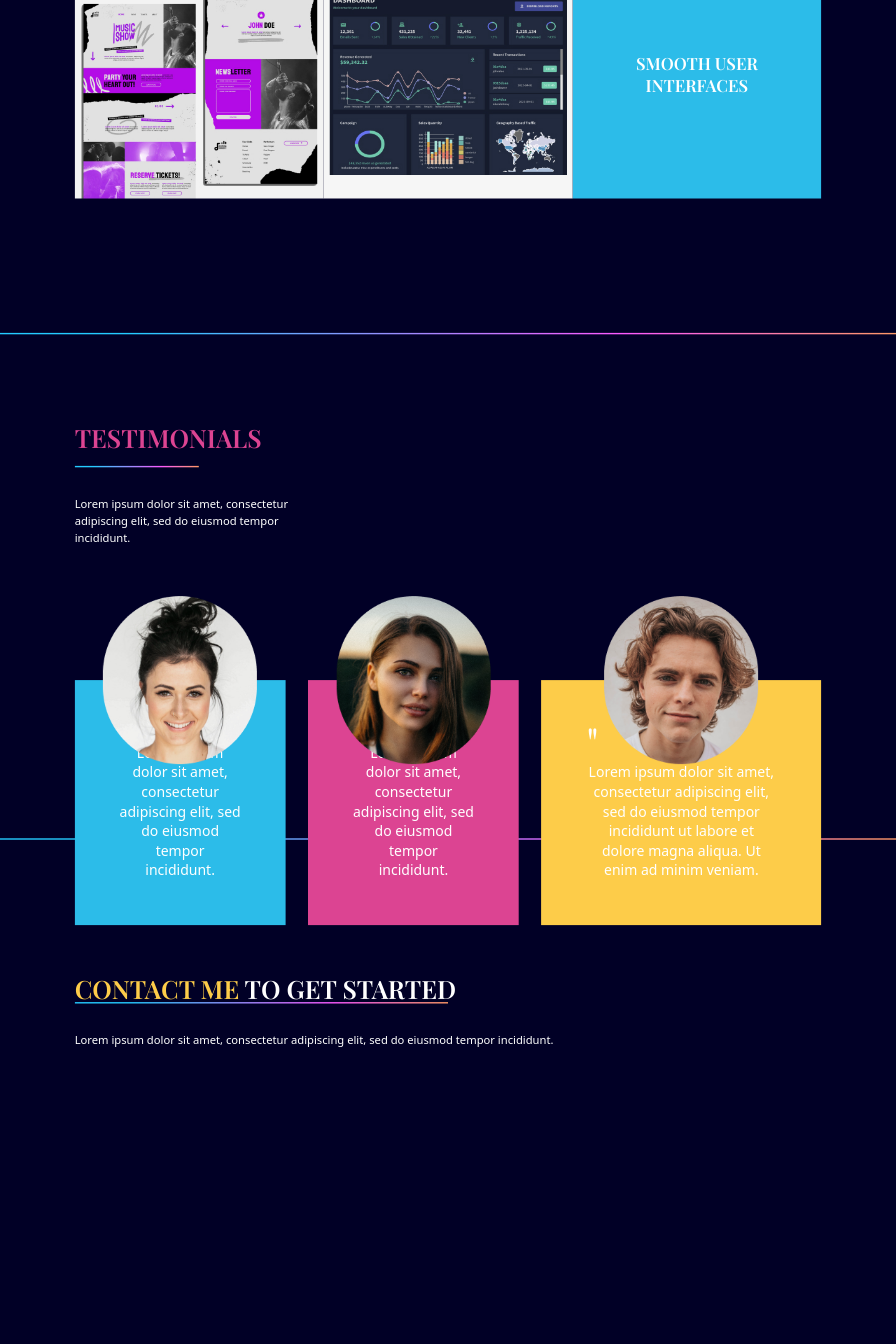
Repository: thibaultNicolas/portfolio-react
Page: /
An editor plug-in stored every save of this project. The page is shown before and after the next save, followed by the edit.
The browser window is 1280 px wide. The pictures show the part of the page from y = 2761 to 4681 px (the page is 4681 px tall), at 70% of full size.
The project was rebuilt for these pictures with package versions that can differ from the ones it lists, and the page was loaded fresh each time. Also part of the build but not shown: next.config.ts.

Above is the page before, as saved 2023-01-08 12:25:07.

### public/index.html
<!DOCTYPE html>
<html lang="en">

<head>
  <meta charset="utf-8" />
  <link rel="icon" href="%PUBLIC_URL%/favicon.ico" />
  <meta name="viewport" content="width=device-width, initial-scale=1" />
  <meta name="theme-color" content="#000000" />
  <meta name="description" content="Web site created using create-react-app" />
  <link rel="apple-touch-icon" href="%PUBLIC_URL%/logo192.png" />
  <!--
      manifest.json provides metadata used when your web app is installed on a
      user's mobile device or desktop. See https://developers.google.com/web/fundamentals/web-app-manifest/
    -->
  <link rel="manifest" href="%PUBLIC_URL%/manifest.json" />
  <!--
      Notice the use of %PUBLIC_URL% in the tags above.
      It will be replaced with the URL of the `public` folder during the build.
      Only files inside the `public` folder can be referenced from the HTML.

      Unlike "/favicon.ico" or "favicon.ico", "%PUBLIC_URL%/favicon.ico" will
      work correctly both with client-side routing and a non-root public URL.
      Learn how to configure a non-root public URL by running `npm run build`.
    -->
  <title>React App</title>
  <link href="/public/output.css" rel="stylesheet">
</head>

<body>
  <noscript>You need to enable JavaScript to run this app.</noscript>
  <div id="root"></div>
  <!--
      This HTML file is a template.
      If you open it directly in the browser, you will see an empty page.

      You can add webfonts, meta tags, or analytics to this file.
      The build step will place the bundled scripts into the <body> tag.

      To begin the development, run `npm start` or `yarn start`.
      To create a production bundle, use `npm run build` or `yarn build`.
    -->
</body>

</html>

### src/index.css
@import url('https://fonts.googleapis.com/css2?family=Open+Sans:wght@400;600&family=Playfair+Display:wght@400;600&display=swap');

@tailwind base;
@tailwind components;
@tailwind utilities;

html,
body,
#root,
.app{
    height: 100%;
    background-color: #010026;
    @apply text-white;
}

### src/scenes/Navbar.jsx
import { useState } from 'react';
import AnchorLink from 'react-anchor-link-smooth-scroll';
import useMediaQuery from '../hooks/useMediaQuery';

const Link = ({ page, selectedPage, setSelectedPage }) => {
    const lowerCasePage = page.toLowerCase();
    return (
        <AnchorLink
            className={`${selectedPage === lowerCasePage ? 'text-yellow' : ''}
            hover:text-yellow transition duration-500`}
            href={`#${lowerCasePage}`}
            onClick={() => setSelectedPage(lowerCasePage)}
        >
            {page}
        </AnchorLink>
    );
};

const Navbar = ({ isTopOfPage, selectedPage, setSelectedPage }) => {
    const [isMenuToggled, setIsMenuToggled] = useState(false);
    const isAboveSmallScreens = useMediaQuery('(min-width:768px)');
    const navbarBackground = isTopOfPage ? "" : "bg-red";

    return (
        <nav className={`${navbarBackground} z-40 w-full fixed top-0 py-6`}>
            <div className="flex items-center justify-between mx-auto w-5/6">
                <h4 className="font-playfair text-3xl font-bold">NT</h4>

                {/* DESKTOP NAV */}
                {isAboveSmallScreens ? (
                    <div className="flex justify-between gap-16 font-openSans txt-sm font-semibold">
                        <Link
                            page="Home"
                            selectedPage={selectedPage}
                            setSelectedPage={setSelectedPage}
                        />
                        <Link
                            page="Skills"
                            selectedPage={selectedPage}
                            setSelectedPage={setSelectedPage}
                        />
                        <Link
                            page="Projects"
                            selectedPage={selectedPage}
                            setSelectedPage={setSelectedPage}
                        />
                        <Link
                            page="Testimonials"
                            selectedPage={selectedPage}
                            setSelectedPage={setSelectedPage}
                        />
                        <Link
                            page="Contact"
                            selectedPage={selectedPage}
                            setSelectedPage={setSelectedPage}
                        />
                    </div>
                ) : (
                    <button
                        className="rounded-full bg-red p-2"
                        onClick={() => setIsMenuToggled(!isMenuToggled)}
                    >
                        <img src="../assets/menu-icon.svg" alt="menu-icon" />
                    </button>
                )}

                {/* MOBILE MENU POPUP */}
                {!isAboveSmallScreens && isMenuToggled && (
                    <div className="fixed right-0 bottom-0 h-full bg-blue w-[300px]">
                        {/* CLOSE ICON */}
                        <div className="flex justify-end p-12">
                            <button
                                onClick={() => setIsMenuToggled(!isMenuToggled)}
                            >
                                <img
                                    src="../assets/close-icon.svg"
                                    alt="close-icon"
                                />
                            </button>
                        </div>
                        {/* MENU ITEMS */}
                        <div className="flex flex-col gap-10 ml-[33%] text-2xl text-deep-blue">
                            <Link
                                page="Home"
                                selectedPage={selectedPage}
                                setSelectedPage={setSelectedPage}
                            />
                            <Link
                                page="Skills"
                                selectedPage={selectedPage}
                                setSelectedPage={setSelectedPage}
                            />
                            <Link
                                page="Projects"
                                selectedPage={selectedPage}
                                setSelectedPage={setSelectedPage}
                            />
                            <Link
                                page="Testimonials"
                                selectedPage={selectedPage}
                                setSelectedPage={setSelectedPage}
                            />
                            <Link
                                page="Contact"
                                selectedPage={selectedPage}
                                setSelectedPage={setSelectedPage}
                            />
                        </div>
                    </div>
                )}
            </div>
        </nav>
    );
};

export default Navbar;

### src/scenes/DotGroup.jsx
import AnchorLink from 'react-anchor-link-smooth-scroll';
const DotGroup = ({ selectedPage, setSelectedPage }) => {
    const selectedStyles = `relative bg-yellow before:absolute before:w-6 before:h-6
    before:rounded-full before:border-2 before:border-yellow before:left-[-50%]
    before:top-[-50%]`;
    return (
        <div className="flex flex-col gap-6 fixed top-[60%] right-7">
            <AnchorLink
                className={`${selectedPage === 'home' ? selectedStyles : 'bg-dark-grey'}
            w-3 h-3 rounded-full`}
                href="#home"
                onClick={() => setSelectedPage('home')}
            />
            <AnchorLink
                className={`${selectedPage === 'skills' ? selectedStyles : 'bg-dark-grey'}
            w-3 h-3 rounded-full`}
                href="#skills"
                onClick={() => setSelectedPage('skills')}
            />
            <AnchorLink
                className={`${selectedPage === 'projects' ? selectedStyles : 'bg-dark-grey'}
            w-3 h-3 rounded-full`}
                href="#projects"
                onClick={() => setSelectedPage('projects')}
            />
            <AnchorLink
                className={`${selectedPage === 'testimonials' ? selectedStyles : 'bg-dark-grey'}
            w-3 h-3 rounded-full`}
                href="#testimonials"
                onClick={() => setSelectedPage('testimonials')}
            />
            <AnchorLink
                className={`${selectedPage === 'contact' ? selectedStyles : 'bg-dark-grey'}
            w-3 h-3 rounded-full`}
                href="#contact"
                onClick={() => setSelectedPage('contact')}
            />
        </div>
    );
};
export default DotGroup;

### src/scenes/Projects.jsx
import LineGradient from '../components/LineGradient';
import useMediaQuery from '../hooks/useMediaQuery';
import { motion } from 'framer-motion';

const container = {
    hidden: {},
    visible: {
        transition: { staggerChildren: 0.2 },
    },
};

const projectVariant = {
    hidden: { opacity: 0, scale: 0.8 },
    visible: { opacity: 1, scale: 1 },
};

const Project = ({ title }) => {
    const projectTitle = title.split(' ').join('-').toLowerCase();
    const overlayStyles = `absolute h-full w-full opacity-0 hover:opacity-90 transition duration-500 bg-grey z-30 flex flex-col justify-center items-center text-center p-16 text-deep-blue`;

    return (
        <motion.div variants={projectVariant} className="relative">
            <div className={overlayStyles}>
                <p className="text-2xl font-playfair">{title}</p>
                <p className="mt-7">
                    Lorem ipsum dolor sit amet, consectetur adipiscing elit, sed
                    do eiusmod tempor incididunt ut labore et dolore magna
                    aliqua. Ut enim ad minim veniam.
                </p>
            </div>
            <img src={`../assets/${projectTitle}.jpeg`} alt={projectTitle} />
        </motion.div>
    );
};

const Projects = () => {
    const isAboveMediumScreens = useMediaQuery('(min-width:1060px)');

    return (
        <section id="projects" className="pt-48 pb-48">
            {/* HEADINGS */}
            <div className="md:flex md:justify-between md:gap-16 mt-32">
                <motion.div
                    className="md:w-2/5 mx-auto text-center"
                    initial="hidden"
                    whileInView="visible"
                    viewport={{ once: true, amount: 0.5 }}
                    transition={{ duration: 0.5 }}
                    variants={{
                        hidden: { opacity: 0, x: -50 },
                        visible: { opacity: 1, x: 0 },
                    }}
                >
                    <div>
                        <p className="font-playfair font-semibold text-4xl">
                            MY <span className="text-red">PRO</span>JECTS
                        </p>
                        <div className="flex justify-center mt-5">
                            <LineGradient width="w-1/3" />
                        </div>
                    </div>

                    <p className="mt-10 mb-10">
                        Lorem ipsum dolor sit amet, consectetur adipiscing elit,
                        sed do eiusmod tempor incididunt ut labore et dolore
                        magna aliqua. Ut enim ad minim veniam.
                    </p>
                </motion.div>
            </div>
            {/* PROJECTS */}
            <div className="flex justify-center">
                <motion.div
                    className="sm:grid sm:grid-cols-2 md:grid-cols-3"
                    initial="hidden"
                    whileInView="visible"
                    viewport={{ once: true, amount: 0.5 }}
                    variants={container}
                >
                    {/* ROW 1 */}
                    <div className="flex justify-center text-center items-center p-10 bg-red max-w-[400px] max-h-[400px] text-2xl font-playfair font-semibold">
                        BEAUTIFUL USER INTERFACES
                    </div>

                    <Project title="Project 1" />
                    <Project title="Project 2" />

                    {/* ROW 2 */}
                    <Project title="Project 3" />
                    <Project title="Project 4" />
                    <Project title="Project 5" />

                    {/* ROW 3 */}
                    <Project title="Project 6" />
                    <Project title="Project 7" />

                    <div className="flex justify-center text-center items-center p-10 bg-blue max-w-[400px] max-h-[400px] text-2xl font-playfair font-semibold">
                        SMOOTH USER INTERFACES
                    </div>
                </motion.div>
            </div>
        </section>
    );
};
export default Projects;

### src/scenes/Testimonials.jsx
import LineGradient from '../components/LineGradient';
import { motion } from 'framer-motion';

const Testimonials = () => {
    const testimonialsStyles = `mx-auto relative max-w-[400px] h-[350px] flex flex-col justify-end p-16 mt-48 before:absolute before:top-[-120px] before:-ml-[110px] before:left-1/2`;

    return (
        <section id="testimonials" className="pt-32 pb-16">
            {/* HEADING */}

            <motion.div
                className="md:w-1/3 text-center md:text-left"
                initial="hidden"
                whileInView="visible"
                viewport={{ once: true, amount: 0.5 }}
                transition={{ duration: 0.5 }}
                variants={{
                    hidden: { opacity: 0, x: -50 },
                    visible: { opacity: 1, x: 0 },
                }}
            >
                <p className="font-playfair font-semibold text-4xl mb-5 text-red">
                    TESTIMONIALS
                </p>
                <LineGradient width="w-2/4" />
                <p className="mt-10">
                    Lorem ipsum dolor sit amet, consectetur adipiscing elit, sed
                    do eiusmod tempor incididunt.
                </p>
            </motion.div>

            {/* TESTIMONIALS */}
            <div className="md:flex md:justify-between gap-8">
                <motion.div
                    className={`bg-blue ${testimonialsStyles} before:content-person1`}
                    initial="hidden"
                    whileInView="visible"
                    viewport={{ once: true, amount: 0.5 }}
                    transition={{ duration: 0.5 }}
                    variants={{
                        hidden: { opacity: 0, scale: 0.8 },
                        visible: { opacity: 1, scale: 1 },
                    }}
                >
                    <p className="font-playfair text-6xl">"</p>
                    <p className="text-center text-xl">
                        Lorem ipsum dolor sit amet, consectetur adipiscing elit,
                        sed do eiusmod tempor incididunt.
                    </p>
                </motion.div>
                <motion.div
                    className={`bg-red ${testimonialsStyles} before:content-person2`}
                    initial="hidden"
                    whileInView="visible"
                    viewport={{ once: true, amount: 0.5 }}
                    transition={{ delay: 0.2, duration: 0.5 }}
                    variants={{
                        hidden: { opacity: 0, scale: 0.8 },
                        visible: { opacity: 1, scale: 1 },
                    }}
                >
                    <p className="font-playfair text-6xl">"</p>
                    <p className="text-center text-xl">
                        Lorem ipsum dolor sit amet, consectetur adipiscing elit,
                        sed do eiusmod tempor incididunt.
                    </p>
                </motion.div>
                <motion.div
                    className={`bg-yellow ${testimonialsStyles} before:content-person3`}
                    initial="hidden"
                    whileInView="visible"
                    viewport={{ once: true, amount: 0.5 }}
                    transition={{ delay: 0.4, duration: 0.5 }}
                    variants={{
                        hidden: { opacity: 0, scale: 0.8 },
                        visible: { opacity: 1, scale: 1 },
                    }}
                >
                    <p className="font-playfair text-6xl">"</p>
                    <p className="text-center text-xl">
                        Lorem ipsum dolor sit amet, consectetur adipiscing elit,
                        sed do eiusmod tempor incididunt ut labore et dolore
                        magna aliqua. Ut enim ad minim veniam.
                    </p>
                </motion.div>
            </div>
        </section>
    );
};
export default Testimonials;

### src/scenes/Contact.jsx
import LineGradient from '../components/LineGradient';
import { useForm } from 'react-hook-form';
import { motion } from 'framer-motion';

const Contact = () => {
    const {
        register,
        trigger,
        formState: { errors },
    } = useForm();

    const onSubmit = async (e) => {
        const isValid = await trigger();
        if (!isValid) {
            e.preventDefault();
        }
    };

    return (
        <section id="contact" className="py-48">
            {/* HEADING */}
            <motion.div
                className=""
                initial="hidden"
                whileInView="visible"
                viewport={{ once: true, amount: 0.5 }}
                transition={{ duration: 0.5 }}
                variants={{
                    hidden: { opacity: 0, x: -50 },
                    visible: { opacity: 1, x: 0 },
                }}
            >
                <div>
                    <p className="font-playfair font-semibold text-4xl">
                        <span className="text-yellow">CONTACT ME</span> TO GET
                        STARTED
                    </p>
                    <LineGradient width="w-2/4" />
                    <p className="mt-10">
                        Lorem ipsum dolor sit amet, consectetur adipiscing elit,
                        sed do eiusmod tempor incididunt.
                    </p>
                </div>
            </motion.div>
        </section>
    );
};

export default Contact;

### src/components/LineGradient.jsx
const LineGradient = ({ width = 'w-full' }) => {
    return (
        <div className={`h-0.5 ${width} bg-gradient-rainblue`}>

        </div>
    )
};

export default LineGradient;

### src/hooks/useMediaQuery.jsx
import { useState, useEffect } from 'react';

const useMediaQuery = (query) => {
    const [matches, setMatches] = useState(false);

    useEffect(() => {
        const media = window.matchMedia(query);
        if (media.matches !== matches) {
            setMatches(media.matches);
        }
        const listener = () => setMatches(media.matches);
        window.addEventListener('resize', listener);
        return () => window.removeEventListener('resize', listener);
    }, [matches, query]);

    return matches;
};

export default useMediaQuery;

### src/components/SocialMediaIcons.jsx

const SocialMediaIcons = () =>{
    return (
        <div className="flex justify-center md:justify-start my-10 gap-7">
            <a
            className="hover:opacity-50 transition duration-500"
            href="https://www.linkedin.com/in/nicolas-thibault-6652b9194/"
            target="_blank"
            rel="noreferrer">
                <img src="../assets/linkedin.png" alt="linkedin-link" />
            </a>
            <a
            className="hover:opacity-50 transition duration-500"
            href="https://www.facebook.com/nicolas.thibault3/"
            target="_blank"
            rel="noreferrer">
                <img src="../assets/facebook.png" alt="facebook-link" />
            </a>
            <a
            className="hover:opacity-50 transition duration-500"
            href="https://www.instagram.com/nicolasthibault_/"
            target="_blank"
            rel="noreferrer">
                <img src="../assets/instagram.png" alt="instagram-link" />
            </a>
        </div>
    )
}
export default SocialMediaIcons;

Loaded but not shown: src/index.js (common file); src/App.js (58 lines, source omitted); tailwind.config.js (41 lines, source omitted); public/output.css (740 lines, source omitted); src/scenes/MySkills.jsx (144 lines, source omitted); src/scenes/Landing.jsx (111 lines, source omitted)

After the next save:
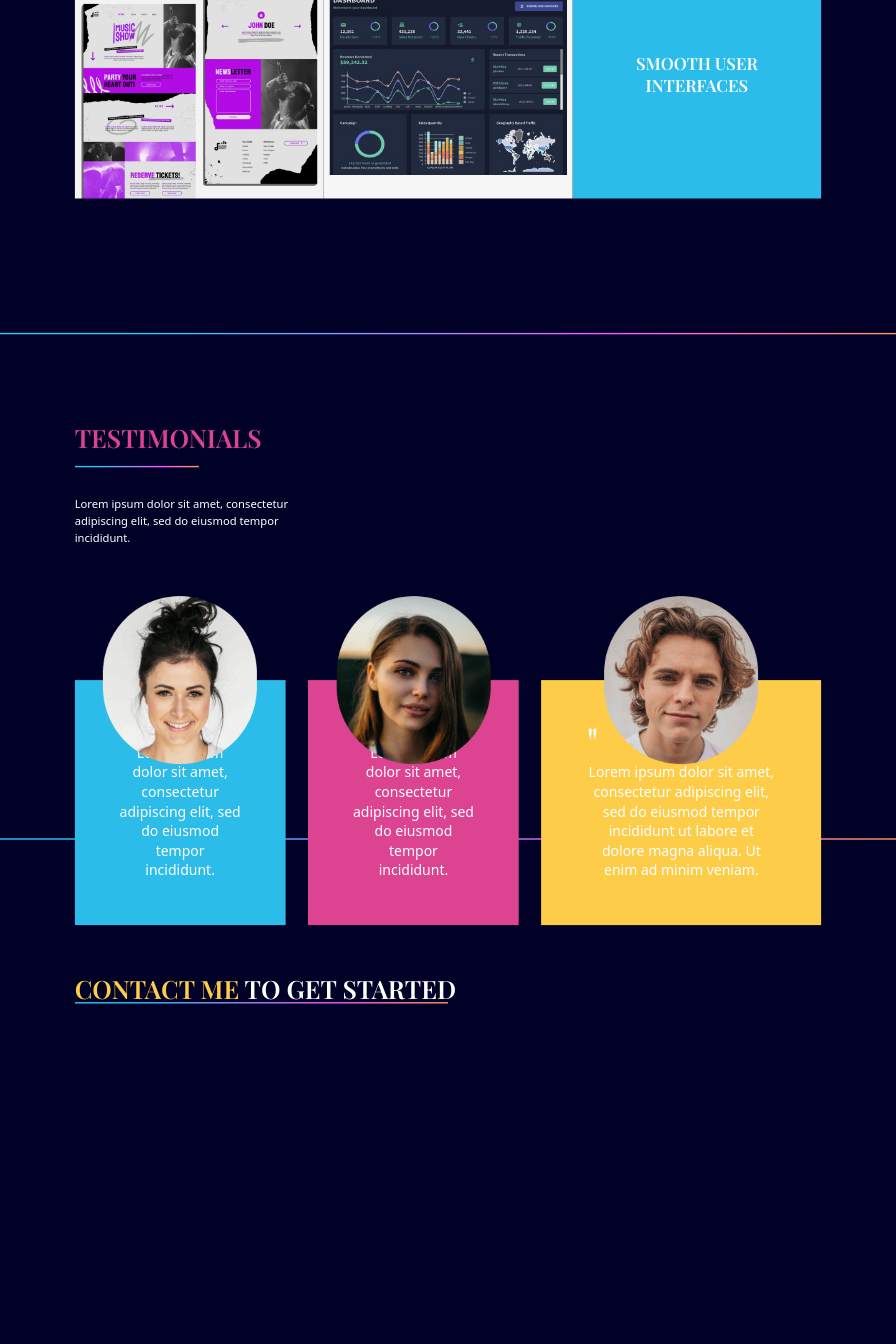
Saved 15 s later.
--- a/src/scenes/Contact.jsx
+++ b/src/scenes/Contact.jsx
@@ -36,10 +36,6 @@ const Contact = () => {
                         STARTED
                     </p>
                     <LineGradient width="w-2/4" />
-                    <p className="mt-10">
-                        Lorem ipsum dolor sit amet, consectetur adipiscing elit,
-                        sed do eiusmod tempor incididunt.
-                    </p>
                 </div>
             </motion.div>
         </section>
